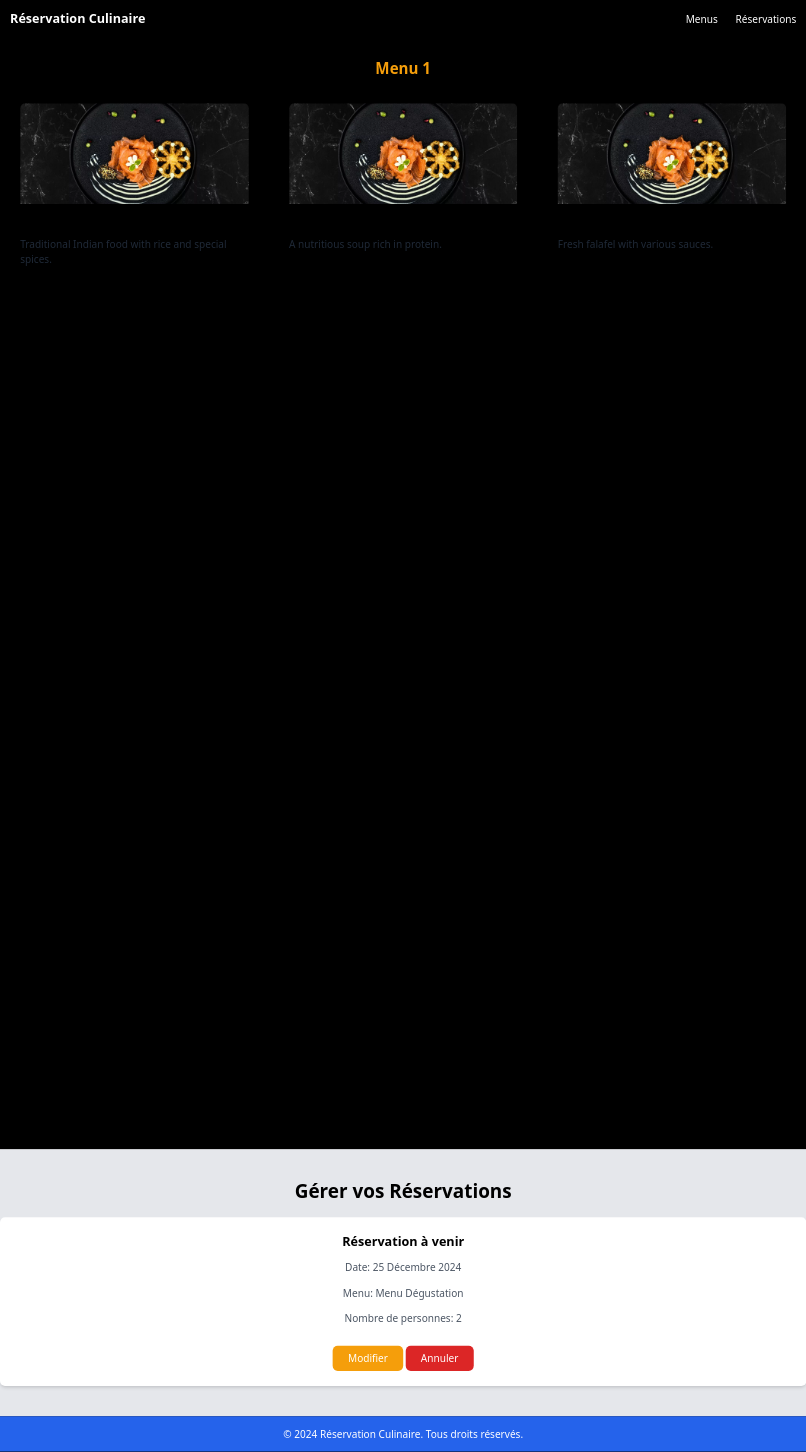
Repository: HamzaChehlaoui/Site-Web-pour-un-Chef-Cuisinier
Page: http://localhost/menuutil.php
The author's editor kept a copy of each file at every save. The page is drawn from the files as they stood at one save, then again after the next save.
The browser window is 1280 px wide. The pictures show the whole page, at 63% of full size.
The page is run by PHP 8.4 with error messages shown; the project is at /var/www/html/.

Above is the page before, as saved 2024-12-18 16:52:49.

After the next save:
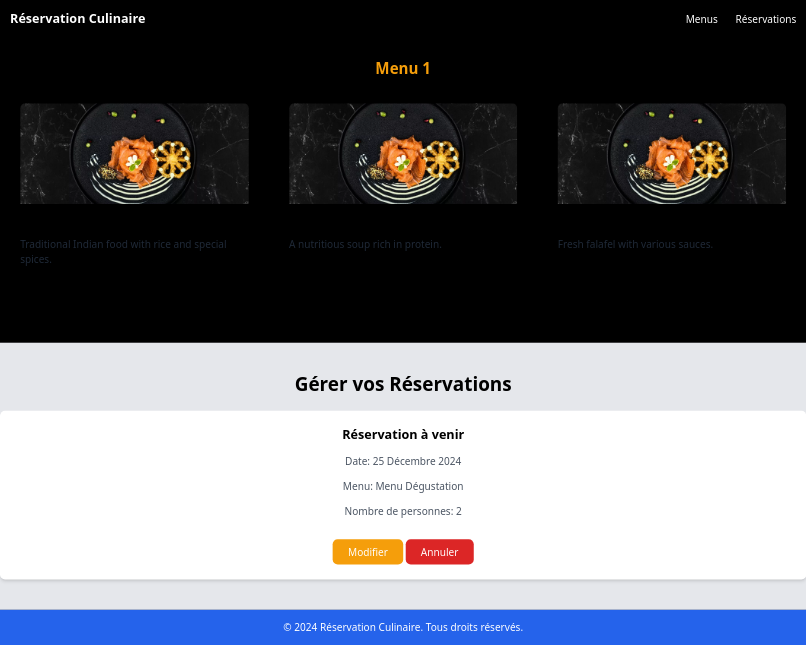
Saved 35 s later.
--- a/menuutil.php
+++ b/menuutil.php
@@ -99,13 +99,6 @@
         </div>
          <!-- /* From Uiverse.io by OnCloud125252 */  -->
 
-         <div tabindex="0" class="plusButton m-[auto] mt-[10px]">
-        <svg class="plusIcon" xmlns="http://www.w3.org/2000/svg" viewBox="0 0 30 30">
-            <g mask="url(#mask0_21_345)">
-            <path d="M13.75 23.75V16.25H6.25V13.75H13.75V6.25H16.25V13.75H23.75V16.25H16.25V23.75H13.75Z"></path>
-            </g>
-        </svg>
-</div>
     </section>
 
     <!-- Reservation Section -->
